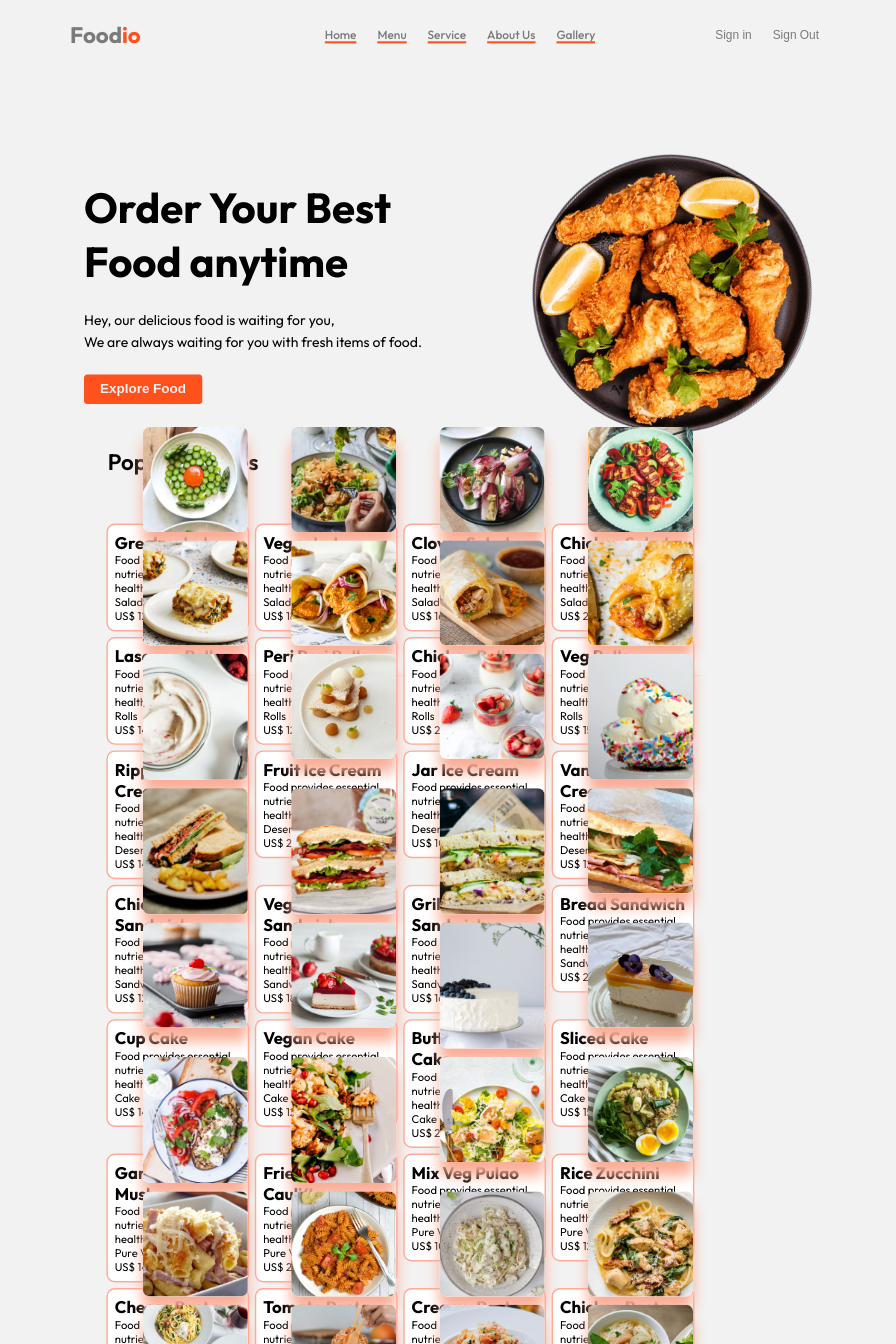
Repository: guilhermecardoso93/foodio
Page: /
An editor plug-in stored every save of this project. The page is shown before and after the next save, followed by the edit.
The browser window is 1280 px wide. The pictures show the part of the page from y = 0 to 1920 px (the page is 2204 px tall before and 3257 px after), at 70% of full size.
The project was rebuilt for these pictures with package versions that can differ from the ones it lists, and the page was loaded fresh each time. Also part of the build but not shown: vite.config.js, src/index.css.

Above is the page before, as saved 2024-11-05 20:16:18.

After the next save:
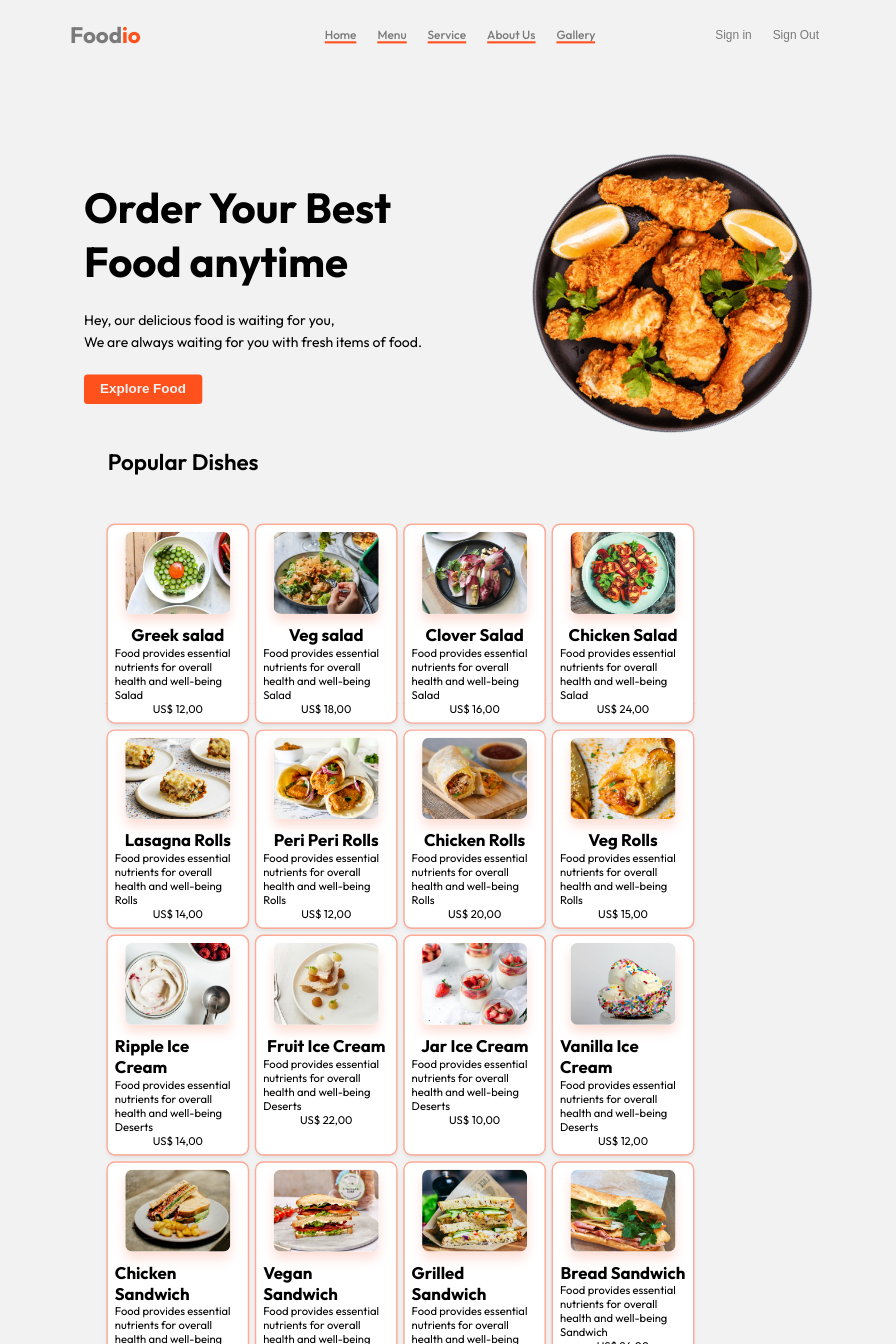
Saved 99 s later.
--- a/src/components/CardItem/styles.css
+++ b/src/components/CardItem/styles.css
@@ -1,23 +1,30 @@
 .card {
   width: 200px;
-  height: 100%;
-  display: block;
+  min-height: 250px; /* Define uma altura mínima para o cartão */
+  display: flex;
+  flex-direction: column;
+  align-items: center;
   padding: 10px;
   border-radius: 10px;
   position: relative;
   background-color: #ffffff;
   outline: 2px solid #ffaa96;
+  box-shadow: 0 4px 8px rgba(0, 0, 0, 0.1);
 }
 
 .card img {
-  width: 150px;
+  width: 100%;
+  max-width: 150px;
+  height: auto;
   border-radius: 10px;
-  height: 100%;
-  bottom: 140px;
-  left: 50px;
   object-fit: cover;
   object-position: center;
   background-repeat: no-repeat;
-  position: absolute;
-  box-shadow: 0 20px 20px #faad96;
+  box-shadow: 0 10px 15px rgba(250, 173, 150, 0.4); /* Ajusta a sombra */
+  margin-bottom: 15px; /* Espaço entre a imagem e o conteúdo abaixo */
 }
+
+.card-content {
+  text-align: center; /* Centraliza o conteúdo */
+  padding: 5px;
+}
